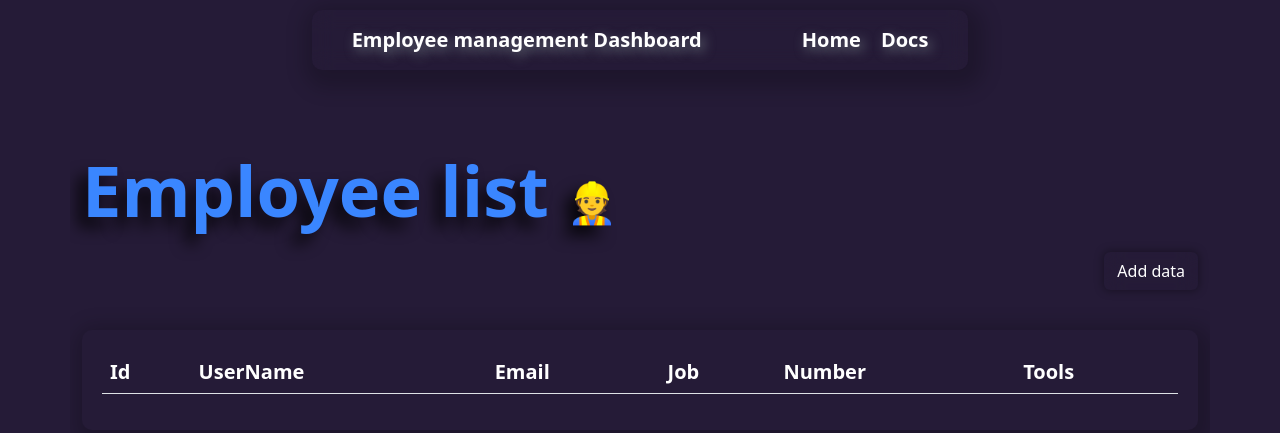
Repository: iamevs/Employee-Management-System
Page: /home (app in client/)
These files come from the project's save history. The page is drawn as it stood at one moment and after the next save; the edit follows.
The browser window is 1280 px wide. The pictures show the whole page.
The page's requests for data from a server got no answer. The project was rebuilt for these pictures with package versions that can differ from the ones it lists, and the page was loaded fresh each time. No one was signed in, and anything a server would have sent is missing. Also part of the build but not shown: client/vite.config.js, client/src/components/Register.jsx, client/src/components/Edit.jsx, client/src/components/Hero.jsx. Imported but missing from the stored project, and not drawn on this page: client/src/components/Details.

Above is the page before, as saved 2022-11-29 00:26:54.

After the next save:
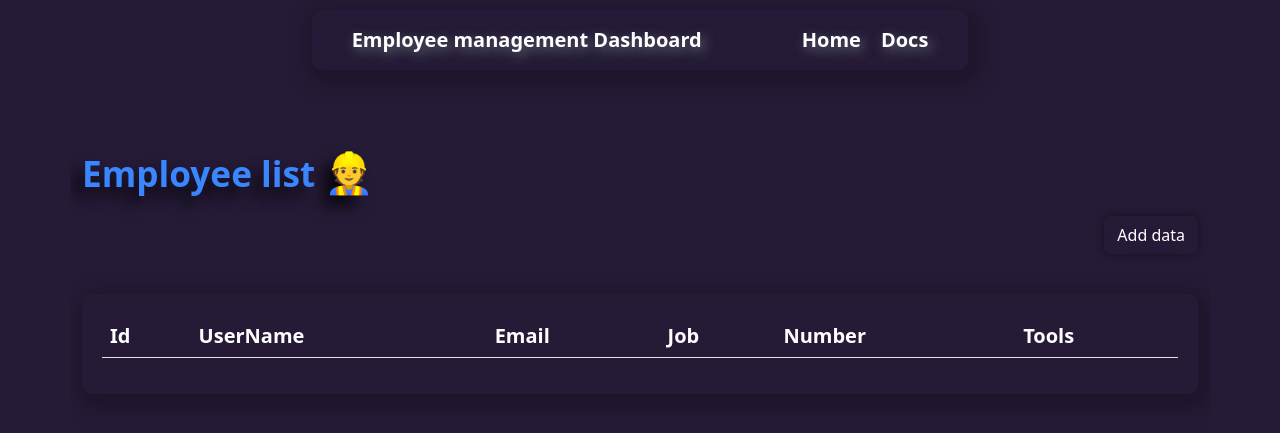
Saved 16 s later.
--- a/client/src/components/Home.jsx
+++ b/client/src/components/Home.jsx
@@ -108,7 +108,7 @@ const Home = () => {
                 <div className="container">
 
                     <h2 style={{
-                        marginTop: "30px", fontSize: "4.4rem",
+                        marginTop: "30px", fontSize: "2.2rem",
                         color: "#3a86ff",
                         fontWeight: "600",
                         marginBottom: "20px",
